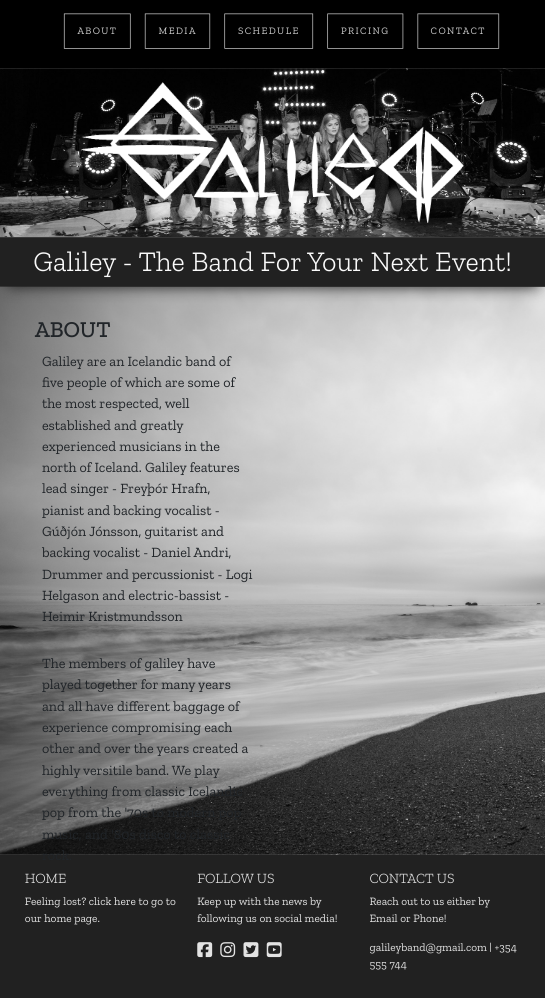
Repository: HeimirDavid/Galiley-Website
Page: index.html
The author's editor kept a record of every edit. The page is drawn from the files as they stood at one moment, then again after the next edit.
The browser window is 768 px wide. The pictures show the whole page, at 71% of full size.
Backgrounds fixed to the window are drawn as part of the page. Some web libraries are served in a nearby version.

Above is the page before.

After the next edit:
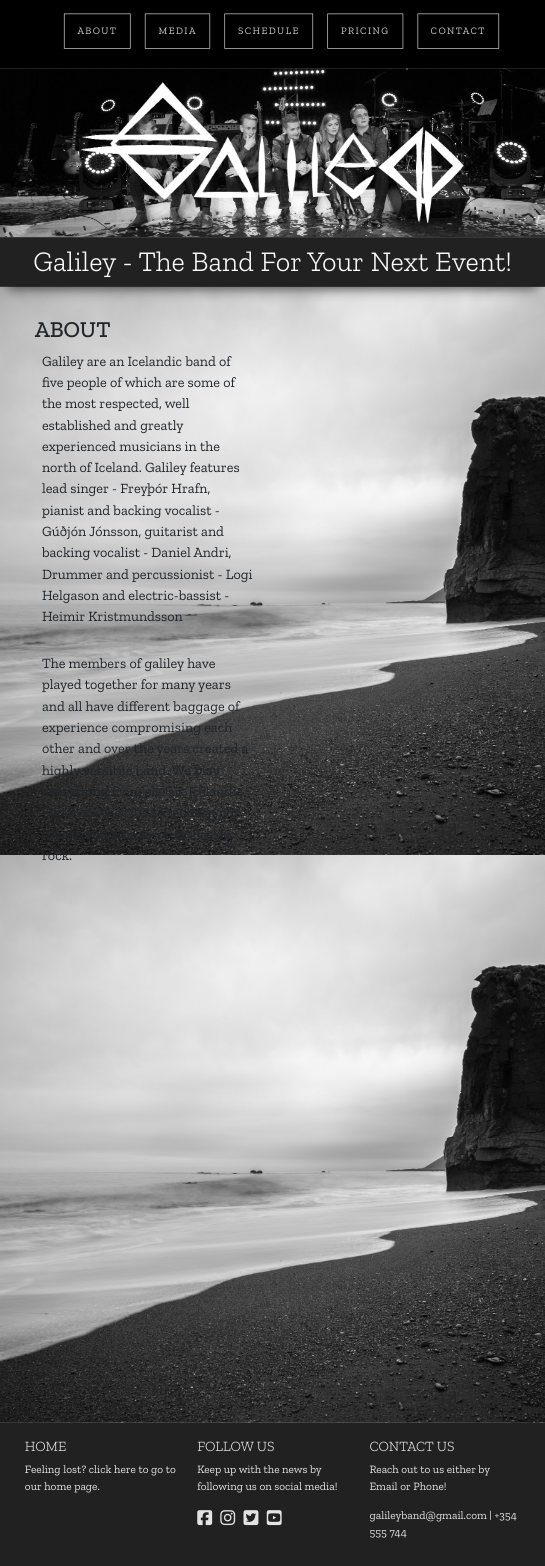
The edit:
--- a/assets/css/style.css
+++ b/assets/css/style.css
@@ -262,7 +262,7 @@
 
 }
 
-@media (min-width: 767px max-width: 1000px) {
+@media (min-width: 767px), (max-width: 1000px) {
     #about-image {
     background-image: url("../images/about-sea-image.jpg");
     background-attachment: fixed;
